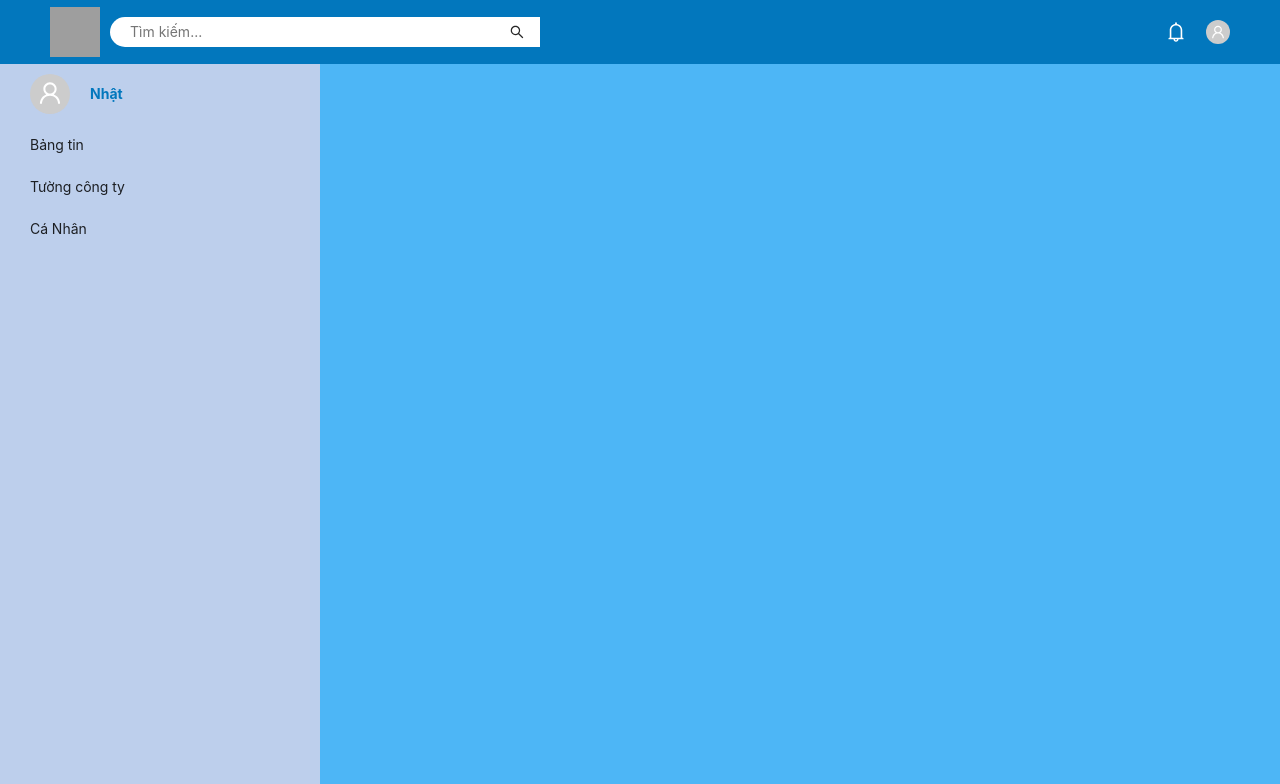
Repository: baonhat27/SocialNetwork_FE
Page: /home
The author's editor kept a copy of each file at every save. The page is drawn from the files as they stood at one save, then again after the next save.
The browser window is 1280 px wide. The pictures show the whole page.
Pictures or frames that could not be fetched are drawn as grey boxes. The project was rebuilt for these pictures with package versions that can differ from the ones it lists, and the page was loaded fresh each time. Also part of the build but not shown: src/containers/chat/component/ChatComponent.module.css, src/containers/loginPage/component/LoginPageComponent.module.css, src/components/Input/Input.module.css, src/components/Input/Input.js, src/components/Button/Button.module.css, src/components/Button/Button.js, src/containers/loginPage/component/LoginPageComponent.js, src/containers/loginPage/LoginPageContainer.js.

Above is the page before, as saved 2022-03-09 22:23:41.

### public/index.html
<!DOCTYPE html>
<html lang="en">
  <head>
    <meta charset="utf-8" />
    <link rel="icon" href="%PUBLIC_URL%/favicon.ico" />
    <meta name="viewport" content="width=device-width, initial-scale=1" />
    <meta name="theme-color" content="#000000" />
    <meta
      name="description"
      content="Web site created using create-react-app"
    />
    <link rel="apple-touch-icon" href="%PUBLIC_URL%/logo192.png" />
    <!--
      manifest.json provides metadata used when your web app is installed on a
      user's mobile device or desktop. See https://developers.google.com/web/fundamentals/web-app-manifest/
    -->
    <link rel="manifest" href="%PUBLIC_URL%/manifest.json" />
    <!--
      Notice the use of %PUBLIC_URL% in the tags above.
      It will be replaced with the URL of the `public` folder during the build.
      Only files inside the `public` folder can be referenced from the HTML.

      Unlike "/favicon.ico" or "favicon.ico", "%PUBLIC_URL%/favicon.ico" will
      work correctly both with client-side routing and a non-root public URL.
      Learn how to configure a non-root public URL by running `npm run build`.
    -->
    <title>Social network</title>
  </head>
  <body>
    <noscript>You need to enable JavaScript to run this app.</noscript>
    <div id="root"></div>
    <!--
      This HTML file is a template.
      If you open it directly in the browser, you will see an empty page.

      You can add webfonts, meta tags, or analytics to this file.
      The build step will place the bundled scripts into the <body> tag.

      To begin the development, run `npm start` or `yarn start`.
      To create a production bundle, use `npm run build` or `yarn build`.
    -->
  </body>
</html>

### src/index.js
import React from 'react';
import ReactDOM from 'react-dom';
import './index.css';
import App from './App';
import 'antd/dist/antd.min.css'
import reportWebVitals from './reportWebVitals';
import { BrowserRouter } from 'react-router-dom';

ReactDOM.render(
  <React.StrictMode>
    <BrowserRouter>
      <App />
    </BrowserRouter>
  </React.StrictMode>,
  document.getElementById('root')
);

// If you want to start measuring performance in your app, pass a function
// to log results (for example: reportWebVitals(console.log))
// or send to an analytics endpoint. Learn more: https://bit.ly/CRA-vitals
reportWebVitals();

### src/App.js
import { Route,Switch } from 'react-router-dom';
import './App.css';
import HeaderContainer from './containers/header/HeaderContainer';
import HomeContainer from './containers/home/HomeContainer';
import LoginPageContainer from './containers/loginPage/LoginPageContainer';
function App() {
  return (
    <div className="App">
      <Switch>
        <Route path='/login'>
          <LoginPageContainer/>
        </Route>
        <Route path="/home">
            <HeaderContainer/>
            <HomeContainer/>
        </Route>
      </Switch>
    </div>
  );
}

export default App;

### src/containers/header/HeaderContainer.js
import React from 'react';
import HeaderComponent from './component/HeaderComponent';

const HeaderContainer = () => {
    return (
        <HeaderComponent></HeaderComponent>
    );
};

export default HeaderContainer;

### src/containers/home/HomeContainer.js
import HomeComponent from "./component/HomeComponent"
import React from 'react';

const HomeContainer = () => {
    return (
        <div>
            <HomeComponent/>
        </div>
    );
};

export default HomeContainer;

### src/containers/header/component/HeaderComponent.js
import React from 'react';
import { Layout} from "antd";
import { Avatar } from 'antd';
import { UserOutlined, BellOutlined  } from '@ant-design/icons';
import styles from "./header.module.css"
import Search from '../../../components/Search/Search';


const { Header } = Layout;


const HeaderComponent = () => {
    return (
        <Header className={styles.header}>
            <div class={styles.header_left}>
                <img className={styles.img_logo}
                    src='https://images.yourstory.com/cs/images/companies/484073261089321671237850235461832427438080n-1609922812339.png'
                />
                <Search/>
            </div>
            <div class={styles.header_right}>
                <BellOutlined
                    style={{fontSize: '20px', color:'white'}}
                />
                <Avatar size="small" icon={<UserOutlined />} style={{marginLeft: 20,marginRight: 0}} />
            </div>
        </Header>
    );
};

export default HeaderComponent;

### src/containers/home/component/HomeComponent.js
import styles from "./HomeComponent.module.css"
import React from "react";
import { Layout} from "antd";
import SiderContainer from "../../sider/SiderContainer";
import ContentContainer from "../../content/ContentContainer";
import ChatContainer from "../../chat/ChatContainer";

const {  Content } = Layout;

const HomeComponent = (props) => {
    return (
        <div className={styles.home}>
            <SiderContainer/>
            <ContentContainer/>
            <ChatContainer/>
        </div>

    );
};

export default HomeComponent;

### src/containers/header/component/header.module.css
.header{
    background-color: #0277bd !important;
    display: flex;
    justify-content: space-between;
    align-items: center;
}
.header_left{
    display: flex;
    align-items: center;
}
.header_right{
    display: flex;
    align-items: center;
}
.search {
    margin-left: 50px;
    width: 400px !important;
}
.img_logo{
    width: 50px;
    height: 50px;
    background-size: cover;
}

### src/components/Search/Search.js
import React from 'react';
import './Search.css'
import { SearchOutlined } from '@ant-design/icons';

const Search = () => {
    return (
    <>
        <input
            placeholder='Tìm kiếm...'
            className='inputSearch'
        />
        <SearchOutlined
            className='iconSearch'
        />

    </>
    );
};

export default Search;

### src/containers/sider/SiderContainer.js
import React from 'react';
import SiderComponent from './component/SiderComponent';

const SiderContainer = () => {
    return (
        <SiderComponent>

        </SiderComponent>
    );
};

export default SiderContainer;

### src/containers/content/ContentContainer.js
import React from 'react';
import ContentComponent from './component/ContentComponent';

const ContentContainer = () => {
    return (
        <ContentComponent>

        </ContentComponent>
    );
};

export default ContentContainer;

### src/containers/chat/ChatContainer.js
import React from 'react';
import ChatComponent from './component/ChatComponent';

const ChatContainer = () => {
    return (
        <ChatComponent>

        </ChatComponent>

    );
};

export default ChatContainer;

### src/components/Search/Search.css
.inputSearch{
    border: none;
    border-top-left-radius: 20px;
    border-bottom-left-radius: 20px;
    width: 400px;
    height: 30px;
    margin-left: 10px;
    padding-left: 20px;
}
.iconSearch{

    background-color: white;
    height: 30px;
    width: 30px;
    display: flex;
    padding: 8px 0px;
}
.iconSearch:hover{
    cursor: pointer;
}

### src/containers/sider/component/SiderComponent.js
import React from 'react';
import styles from './Sider.module.css'
import {  Avatar } from "antd";
import { UserOutlined } from "@ant-design/icons";


const SiderComponent = (props) => {
    return (
        <div className={styles.sider}>
            <div className={`${styles.user_info} ${styles.sider_item}`}>
                    <Avatar size="large" icon={<UserOutlined/>}></Avatar>
                    <div className={styles.user_name}> Nhật</div>
            </div>
            <div className={styles.sider_item}>
                Bảng tin
            </div>
            <div className={styles.sider_item}>Tường công ty</div>
            <div className={styles.sider_item}>Cá Nhân</div>
        </div>
    );
};

export default SiderComponent;

### src/containers/content/component/ContentComponent.js
import React from 'react';
import styles from "./ContentComponent.module.css"

const ContentComponent = () => {
    return (
        <div className={styles.content}>

        </div>
    );
};

export default ContentComponent;

### src/containers/chat/component/ChatComponent.js
import React from 'react';
import styles from "./ChatComponent.module.css"

const ChatComponent = () => {
    return (
        <div classname={styles.chat}>

        </div>
    );
};

export default ChatComponent;

### src/containers/sider/component/Sider.module.css
.sider{
    background-color: #bdcfec !important;
    height: 100vh;
    display: flex;
    width: 25%;
    display: flex;
    flex-direction: column;
}
.sider_item{
    margin: 10px 0px 10px 30px;
}
.sider_item:hover{
    cursor: pointer;
    opacity: 75%;
    background-color: #0277bd;
}
.user_info{
    display: flex;
}
.user_name{
    margin-left: 20px;
    color: #0277bd;
    font-weight: 700;
    display: flex;
    align-items: center;
}

### src/containers/content/component/ContentComponent.module.css
.content{
    background-color: #4db6f6;
    width: 75%;
}

Loaded but not shown: src/index.css (common file); src/reportWebVitals.js (common file); src/containers/home/component/HomeComponent.module.css (common file); src/App.css (no stored copy; drawn as an empty file)

After the next save:
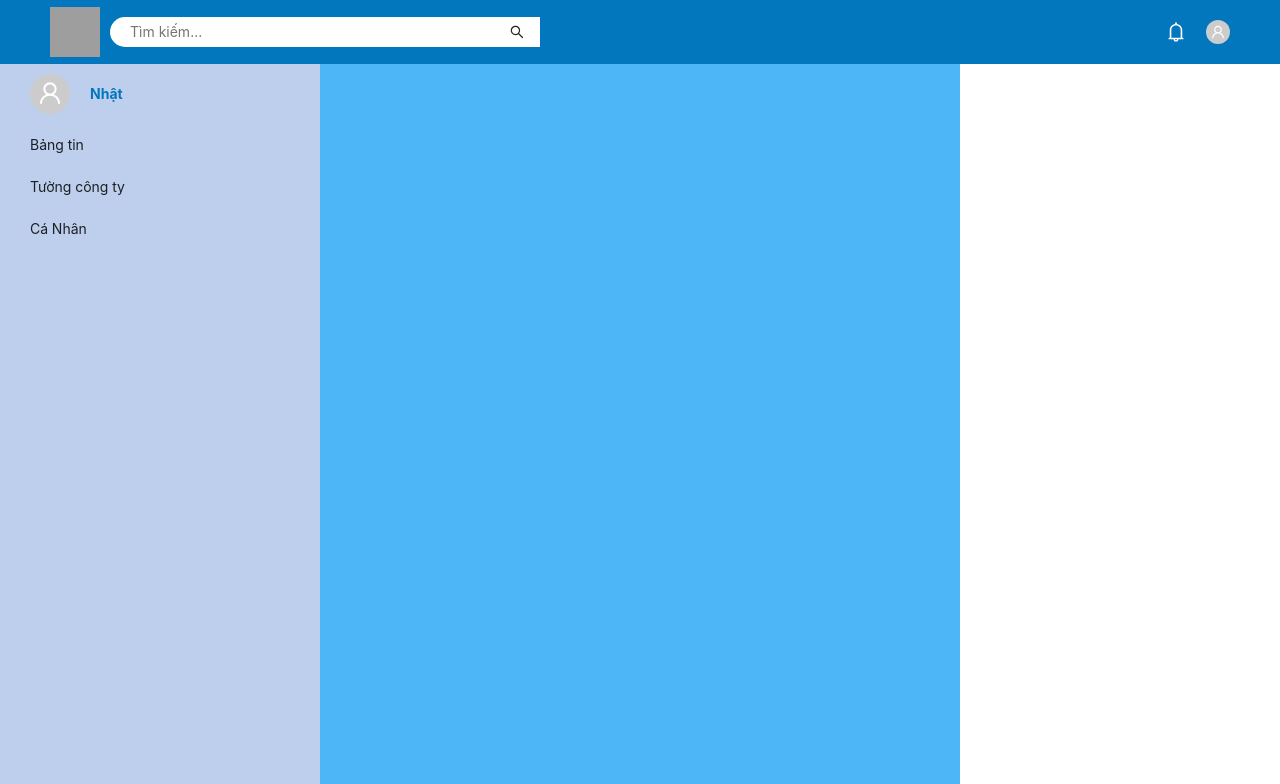
Saved 13 s later.
--- a/src/containers/content/component/ContentComponent.module.css
+++ b/src/containers/content/component/ContentComponent.module.css
@@ -1,4 +1,4 @@
 .content{
     background-color: #4db6f6;
-    width: 75%;
+    width: 50%;
 }
